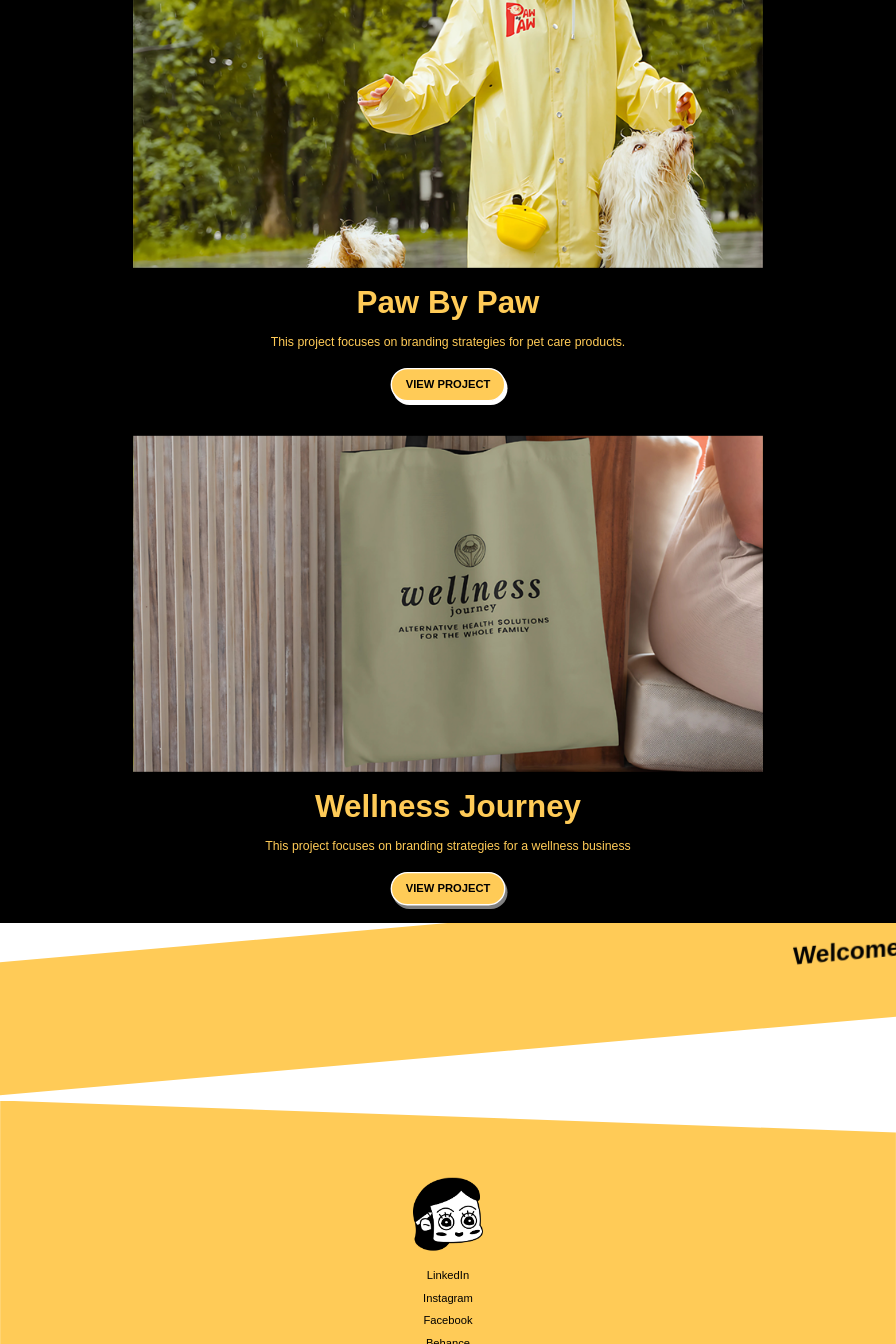
Repository: leslie179/portfolio-new
Page: /
These files come from the project's save history. The page is drawn as it stood at one moment and after the next save; the edit follows.
The browser window is 1280 px wide. The pictures show the part of the page from y = 971 to 2891 px (the page is 3000 px tall), at 70% of full size.
The project was rebuilt for these pictures with package versions that can differ from the ones it lists, and the page was loaded fresh each time. The framework's server and built-in components were replaced by stand-ins that run in the browser. Also part of the build but not shown: next.config.mjs.

Above is the page before, as saved 2025-01-20 15:04:29.

### pages/index.js
import Head from 'next/head';

import Footer from '@/components/Footer';
import BlockOne from '@/components/BlockOne';
import BlockTwo from '@/components/BlockTwo';
import BlockThree from '@/components/BlockThree';
import Banner from '@/components/Banner';


export default function Home() {
  return (
    <>
      <Head>
        <title>Create Next App</title>
        <meta name="description" content="Generated by create next app" />
        <meta name="viewport" content="width=device-width, initial-scale=1" />
        <link rel="icon" href="/favicon.ico" />
      </Head>
      <main>

        <BlockOne />
        <BlockTwo />
        <BlockThree />
        <Banner />
        <Footer />
      </main> {/* Close the main tag properly */}
    </>
  );
}

### styles/globals.css
@tailwind base;
@tailwind components;
@tailwind utilities;

:root {
  --background: #ffffff;
  --foreground: #171717;
  --yellow: #FFCB57;
}

@media (prefers-color-scheme: dark) {
  :root {
    --background: #0a0a0a;
    --foreground: #ededed;
  }
}

body {
  color: var(--foreground);
  background: var(--background);
  font-family: Arial, Helvetica, sans-serif;
}

### components/Footer/index.js
import React from 'react';
import styles from './Footer.module.css';

const Footer = () => {
    return (
        <div className={styles.Footer}>
            <div className={styles.banner}>
                <div className={styles.bannerContent}>
                    <span>Your Moving Banner Text Goes Here</span>
                </div>
            </div>
            <div className={styles.container}>
                <div className={styles.imgColumn}>
                    <img src="/site-photos/site-main-logo.png" alt="Site Logo" />
                </div>
                <div className={styles.column}>
                    <div className={styles.links}>
                        <a href="https://www.linkedin.com/in/leslie--chan/">LinkedIn</a>
                        <a href="https://www.instagram.com/glassslipperstudio_/">Instagram</a>
                        <a href="https://www.facebook.com/saveyoursanitydesings/">Facebook</a>
                        <a href="https://www.behance.net/lesliechan19">Behance</a>
                    </div>
                </div>
                <div className={styles.column}>
                    <a href="mailto:lesliecbusiness@gmail.com">lesliecbusiness@gmail.com</a>
                </div>
            </div>
        </div>
    );
};

export default Footer;

### components/BlockOne/index.js
import React from 'react';
import styles from './BlockOne.module.css'; // Specific styles for this block

const BlockOne = () => {
    return (
        <div className={styles.stickyBlock}>
            <div className={styles.spacer}></div>  {/* Invisible spacer */}
            <h1 className={styles.h1}>Projects</h1>
            <img src="/site-photos/Candl1.png" alt="Candl Branding" />
            <h2 className={styles.h2}>Candl</h2>
            <p className={styles.pp}>This project is about innovating candle design and marketing strategies.</p>
            <button className={styles.button}>VIEW PROJECT</button>
        </div>
    );
};


export default BlockOne;

### components/BlockTwo/index.js
import React from 'react';
import styles from './BlockTwo.module.css';

const BlockTwo = () => {
    return (
        <div className={styles.stickyBlock}>
            <img src="/site-photos/pawpaw.png" alt="Paw By Paw Branding" />
            <h2 className={styles.h2}>Paw By Paw</h2>
            <p className={styles.pp}>This project focuses on branding strategies for pet care products.</p>
            <button className={styles.button}>VIEW PROJECT</button>
        </div>
    );
};

export default BlockTwo;

### components/BlockThree/index.js
import React from 'react';
import styles from './BlockThree.module.css';

const BlockThree = () => {
    return (
        <div className={styles.stickyBlock}>
            <img src="/site-photos/Wellness-Journey2.png" alt="Wellness-Journey-Branding" />
            <h2 className={styles.h2}>Wellness Journey</h2>

            <p className={styles.pp}>This project focuses on branding strategies for a wellness business</p>
            <button className={styles.button}>VIEW PROJECT</button>

        </div>

    );
};

export default BlockThree;

### components/Banner/index.js
import styles from './Banner.module.css';

export default function Banner() {
  return (
    <div className={styles.bannerContainer}>
      <div className={styles.banner}>
        <span className={styles.bannerItem}>Welcome to my site!</span>
        <span className={styles.bannerItem}>🖤</span>
        <span className={styles.bannerItem}>Check out my portfolio!</span>
        <span className={styles.bannerItem}>🖤</span>
        <span className={styles.bannerItem}>Contact me for work opportunities!</span>
        <span className={styles.bannerItem}>🖤</span>


        <span className={styles.bannerItem}>Welcome to my site!</span>
        <span className={styles.bannerItem}>🖤</span>
        <span className={styles.bannerItem}>Check out my portfolio!</span>
        <span className={styles.bannerItem}>🖤</span>
        <span className={styles.bannerItem}>Contact me for work opportunities!</span>
        <span className={styles.bannerItem}>🖤</span>
      </div>
    </div>
  );
}

### components/Footer/Footer.module.css
.Footer {
    position: relative;
    z-index: 10;
    background-color: var(--yellow);
    padding: 50px 20px;
    text-align: center;
    clip-path: polygon(0 0, 100% 10%, 100% 100%, 0 100%);
    margin-top: 4rem;
    overflow-x: hidden;
}

.banner {
    position: absolute;
    top: -50px; /* Adjust as needed */
    width: 100%;
    height: 50px;
    overflow: hidden; /* Keeps the text within the banner */
    background-color: black;
    z-index: 11;
}

.bannerContent {
    display: inline-block;
    white-space: nowrap; /* Prevents line breaks */
    animation: scrollText 10s linear infinite; /* Apply scrolling animation */
    background-color: transparent; /* Ensure no background obscures the text */
    color: white;
    font-size: 1.5rem;
    font-weight: bold;
    visibility: visible;
    z-index: 11; /* Ensure it's visible */
}

.bannerContent span {
    font-size: 2rem; /* Large font size for visibility */
    font-weight: bold;
    z-index: 11;
}


/* Scrolling animation */
@keyframes scrollText {
    0% {
        transform: translateX(100%); /* Start off-screen to the right */
    }
    100% {
        transform: translateX(-100%); /* End off-screen to the left */
    }
}
.container {
    position: relative;
    display: flex;
    flex-direction: column;
    align-items: center;
    gap: 1rem;
    padding-top: 60px;
}

.imgColumn img {
    width: 100px;
    height: auto;
}

.column {
    text-align: center;
}

.links a {
    display: block;
    margin: 0.5rem 0;
    color: black;
    text-decoration: none;
}

.links a:hover {
    color: #007bff;
}

### components/BlockOne/BlockOne.module.css
.stickyBlock {
    position: sticky;
    top: 0;
    z-index: 1;
    background: black;
    height: 118vh;
    display: flex;
    flex-direction: column;
    align-items: center;

    text-align: center;
    padding: 0 5%;
    padding-bottom: 15%;
}

.spacer {

    height: 10%; /* Adjust the height to control the space */
}

.h1{
    color: var(--yellow); /* Ensure your --yellow variable is defined */
    font-family: 'NickySans', Arial, Helvetica, sans-serif;
    font-weight: 900; /* Bold weight */
    font-size: 2.8rem; /* Increase font size */
    justify-content: center;
    text-align: center;
    margin-bottom: 4%;
}

/* Heading (h2) style */
.h2 {
     color: var(--yellow); /* Ensure your --yellow variable is defined */
    font-family: 'NickySans', Arial, Helvetica, sans-serif;
    font-weight: 900;
    font-size: 2.8rem;
    margin-bottom: 0.5rem; /* Reduced bottom margin */
    text-align: center;
}

.button {
    background-color: var(--yellow); /* Adjust the color to match your design */
    color: black; /* Text color */
    border: none; /* No border */
    padding: 10px 20px; /* Padding inside the button */
    font-size: 1rem; /* Text size */
    border-radius: 30px; /* Rounded corners */
    cursor: pointer; /* Cursor changes to pointer on hover */
    text-transform: uppercase; /* Uppercase text */
    font-weight: bold; /* Bold text */

    /* White Shadow effect */
    box-shadow: 3px 5px 0px rgba(255, 255, 255, 3); /* Horizontal offset, vertical offset, blur radius, and white color with 50% opacity */
    border: 2px solid white;
    /* Smooth transition for hover effects */
    transition: box-shadow 0.3s ease-in-out, transform 0.3s ease-in-out;

}

.button:hover {
    /* More pronounced white shadow on hover */
    transform: rotate(-7deg);
    color: #1580fb;
}

/* Paragraph (p) style */
.pp {
    color: var(--yellow); /* Ensure your --yellow variable is defined */
    font-family: 'NickySans', Arial, Helvetica, sans-serif;
    font-weight: 400; /* Normal font weight */
    font-size: 1.1rem; /* Increase font size */
    margin-bottom: 1.5rem;
    max-width: 70%; /* Limit text width for better readability */
    line-height: 1.6; /* Improve text readability */
}

/* Styling for Images */
.stickyBlock img {
    width: 80%; /* Increase image size for full-screen displays */
    height: auto; /* Maintain aspect ratio */
    max-width: 900px; /* Limit max width for very large screens */
    margin-bottom: 1rem;
}

/* Responsive Design for Tablets */
@media (max-width: 768px) {
    .stickyBlock {
        height: 120vh; /* Slightly smaller height on tablets */
        padding: 0 3%; /* Reduce padding */
    }

    .stickyBlock img {
        width: 90%; /* Adjust image size for smaller screens */
    }

    .h2 {
        font-size: 2rem; /* Reduce font size for headings */
    }

    .pp {
        font-size: 1.3rem; /* Reduce font size for paragraphs */
        max-width: 90%; /* Adjust text width */
    }
}

/* Responsive Design for Mobile Devices */
@media (max-width: 480px) {
    .stickyBlock {
        height: 120vh; /* Further reduce height for mobile screens */
        padding: 0 2%; /* Reduce padding */
    }

    .stickyBlock img {
        width: 100%; /* Full width for images on mobile */
    }

    .h2 {
        font-size: 2rem; /* Reduce font size for headings */
    }

    .pp {
        font-size: 1rem; /* Smaller font size for paragraphs */
        max-width: 100%; /* Allow full-width text */
    }
}

### components/BlockTwo/BlockTwo.module.css
.stickyBlock {
    position: sticky;
    top: 0; /* Sticks to the top of the viewport */
    z-index: 2; /* Ensure it appears below the next block */
    background: black;
    height: 100vh; /* Full viewport height for consistency */
    display: flex;
    flex-direction: column;
    align-items: center; /* Horizontal centering */
    justify-content: center; /* Vertical centering */
    text-align: center;
    padding: 0 5%; /* Adjust padding for better spacing */
}

/* Heading (h2) style */
.h2 {
    color: var(--yellow); /* Ensure your --yellow variable is defined */
    font-family: 'NickySans', Arial, Helvetica, sans-serif;
    font-weight: 900;
    font-size: 2.8rem;
    margin-bottom: 0.5rem; /* Reduced bottom margin */
    text-align: center;
}

/* Paragraph (p) style */
.pp {
    color: var(--yellow); /* Ensure your --yellow variable is defined */
    font-family: 'NickySans', Arial, Helvetica, sans-serif;
    font-weight: 400; /* Normal font weight */
    font-size: 1.1rem; /* Increase font size */
    margin-bottom: 1.5rem;
    max-width: 70%; /* Limit text width for better readability */
    line-height: 1.6; /* Improve text readability */
}

/* Styling for Images */
.stickyBlock img {
    width: 80%; /* Increase image size for full-screen displays */
    height: auto; /* Maintain aspect ratio */
    max-width: 900px; /* Limit max width for very large screens */
    margin-bottom: 1rem;
}

.button {
    background-color: var(--yellow); /* Adjust the color to match your design */
    color: black; /* Text color */
    border: none; /* No border */
    padding: 10px 20px; /* Padding inside the button */
    font-size: 1rem; /* Text size */
    border-radius: 30px; /* Rounded corners */
    cursor: pointer; /* Cursor changes to pointer on hover */
    text-transform: uppercase; /* Uppercase text */
    font-weight: bold; /* Bold text */

    /* White Shadow effect */
    box-shadow: 3px 5px 0px rgba(255, 255, 255, 3); /* Horizontal offset, vertical offset, blur radius, and white color with 50% opacity */
    border: 2px solid white;
    /* Smooth transition for hover effects */
    transition: box-shadow 0.3s ease-in-out, transform 0.3s ease-in-out;

}

.button:hover {
    /* More pronounced white shadow on hover */
    transform: rotate(-7deg);
    color: #1580fb;
}


/* Responsive Design for Tablets */
@media (max-width: 768px) {
    .stickyBlock {
        height: 90vh; /* Slightly smaller height on tablets */
        padding: 0 3%; /* Reduce padding */
    }

    .stickyBlock img {
        width: 90%; /* Adjust image size for smaller screens */
    }

    .h2 {
        font-size: 2.5rem; /* Reduce font size for headings */
    }

    .pp {
        font-size: 1.3rem; /* Reduce font size for paragraphs */
        max-width: 90%; /* Adjust text width */
    }
}

/* Responsive Design for Mobile Devices */
@media (max-width: 480px) {
    .stickyBlock {
        height: 80vh; /* Further reduce height for mobile screens */
        padding: 0 2%; /* Reduce padding */
    }

    .stickyBlock img {
        width: 100%; /* Full width for images on mobile */
    }

    .h2 {
        font-size: 2rem; /* Smaller font size for headings */
    }

    .pp {
        font-size: 1rem; /* Smaller font size for paragraphs */
        max-width: 100%; /* Allow full-width text */
    }
}

### components/BlockThree/BlockThree.module.css


.stickyBlock {
    display: flex;
    flex-direction: column;
    align-items: center;
    justify-content: center;
    text-align: center;
    position: sticky;
    top: 0;
    z-index: 3;
    height: 100vh;
    background: black;
    padding: 20px;
    overflow: hidden;  /* Prevents accidental overflow */
}

.h2 {
    color: var(--yellow);
    font-family: 'NickySans', Arial, Helvetica, sans-serif;
    font-weight: 900;
    font-size: 2.8rem;
    margin-bottom: 0.5rem;
    text-align: center;
}

.pp {
    color: var(--yellow);
    font-family: 'NickySans', Arial, Helvetica, sans-serif;
    font-weight: 400;
    font-size: 1.1rem;
    margin-bottom: 1.5rem;
    max-width: 70%; /* Limits text width for better readability */
    line-height: 1.6;
}

.stickyBlock img {
    width: 80%; /* Adjusted to scale based on its container */
    height: auto;
    max-width: 900px;
    margin-bottom: 1rem;
    object-fit: cover;  /* Ensures the image covers the area it's supposed to */
}

.button {
    background-color: var(--yellow);
    color: black;
    border: none;
    padding: 10px 20px;
    font-size: 1rem;
    border-radius: 30px;
    cursor: pointer;
    text-transform: uppercase;
    font-weight: bold;
    box-shadow: 3px 5px 0px rgba(255, 255, 255, 0.5);
    border: 2px solid white;
    transition: all 0.3s ease-in-out;
}

.button:hover {
    transform: scale(1.05) rotate(-7deg);
    color: #1580fb;  /* Bright blue for visual feedback */
    box-shadow: 5px 7px 0px rgba(255, 255, 255, 0.7);
}

/* Responsive Design for Tablets */
@media (max-width: 768px) {
    .stickyBlock {
        height: 90vh;
        padding: 0 3%;
    }

    .stickyBlock img {
        width: 90%;
    }

    .h2 {
        font-size: 2.5rem;
    }

    .pp {
        font-size: 1.3rem;
        max-width: 90%;
    }
}

/* Responsive Design for Mobile Devices */
@media (max-width: 480px) {
    .stickyBlock {
        height: 80vh;
        padding: 0 2%;
    }

    .stickyBlock img {
        width: 100%;
    }

    .h2 {
        font-size: 2rem;
    }

    .pp {
        font-size: 1rem;
        max-width: 100%;
    }
}

### components/Banner/Banner.module.css
.bannerContainer {
  width: 100%;
  overflow: hidden;
  background-color: var(--yellow);
  display: flex;
  padding-top: 5%;
  height: 190px;
  top: 0;
  z-index: 20;
  transform: skewY(-5deg);
}


@media (max-width: 768px) {
.bannerContainer {
  padding-bottom: 200px;
}
}


@media (max-width: 480px) {
.bannerContainer {
  padding-bottom: 260px;
}
}

.banner {
  display: flex;
  animation: scroll 20s linear infinite;
  white-space: nowrap;
  transform: skewY(5deg);
}

.bannerItem {
  font-size: 35px;
  font-weight: bold;
  color: #000;
  font-family: 'NickySans', Arial, Helvetica, sans-serif;
  white-space: nowrap;
}

@keyframes scroll {
  from {
    transform: translateX(100%);
  }
  to {
    transform: translateX(-100%);
  }
}

Loaded but not shown: pages/_app.js (common file); pages/_document.js (common file); tailwind.config.mjs (common file)

After the next save:
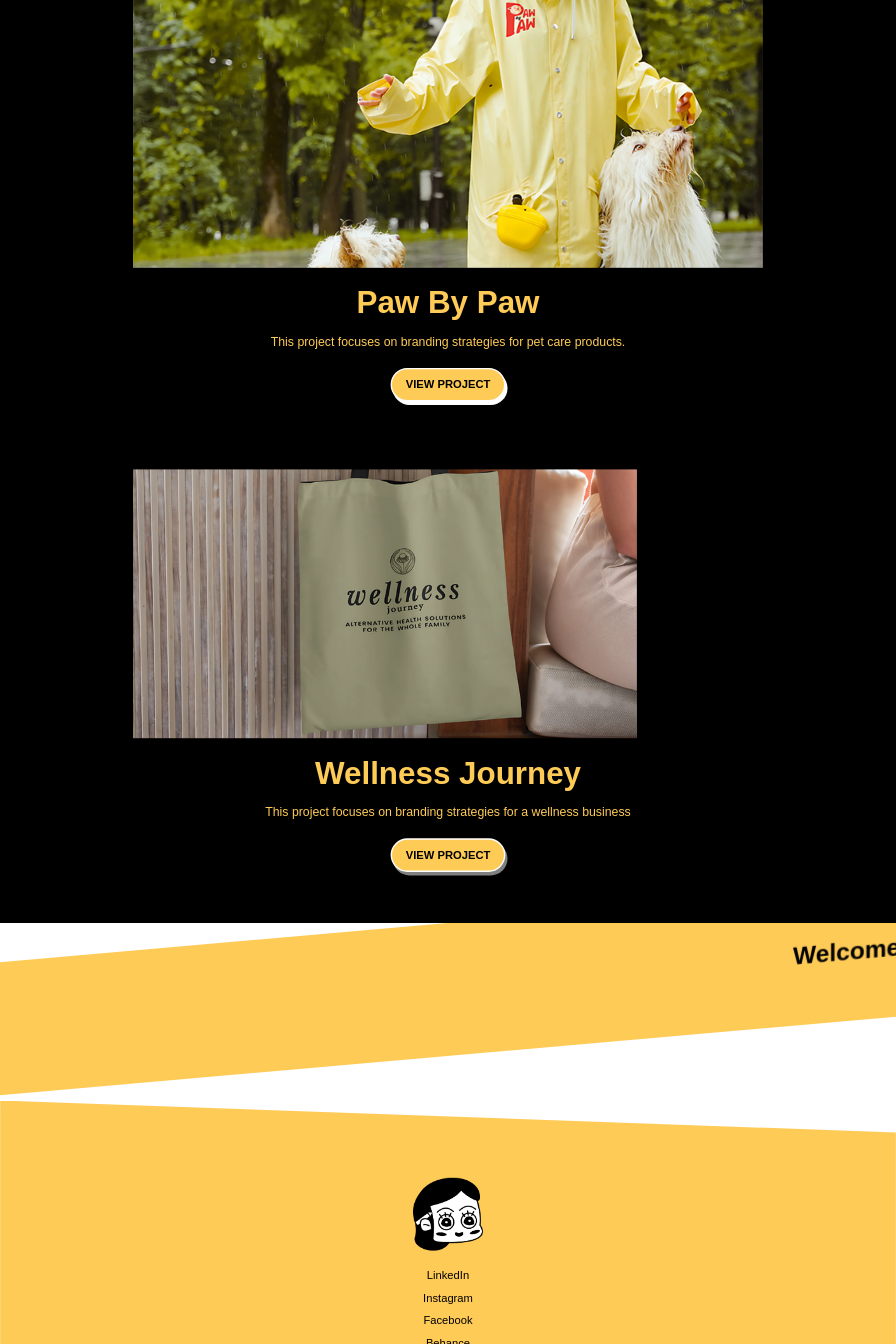
Saved 64 s later.
--- a/components/BlockThree/index.js
+++ b/components/BlockThree/index.js
@@ -1,17 +1,17 @@
 import React from 'react';
-import styles from './BlockThree.module.css';
+import styles from './BlockThree.module.css'; // Import your CSS module
 
 const BlockThree = () => {
     return (
         <div className={styles.stickyBlock}>
-            <img src="/site-photos/Wellness-Journey2.png" alt="Wellness-Journey-Branding" />
+            {/* Added a container div for the image to handle the flip animation */}
+            <div className={styles.flipContainer}>
+                <img src="/site-photos/Wellness-Journey2.png" alt="Wellness-Journey-Branding" className={styles.flipImage}/>
+            </div>
             <h2 className={styles.h2}>Wellness Journey</h2>
-
             <p className={styles.pp}>This project focuses on branding strategies for a wellness business</p>
             <button className={styles.button}>VIEW PROJECT</button>
-
         </div>
-
     );
 };
 
